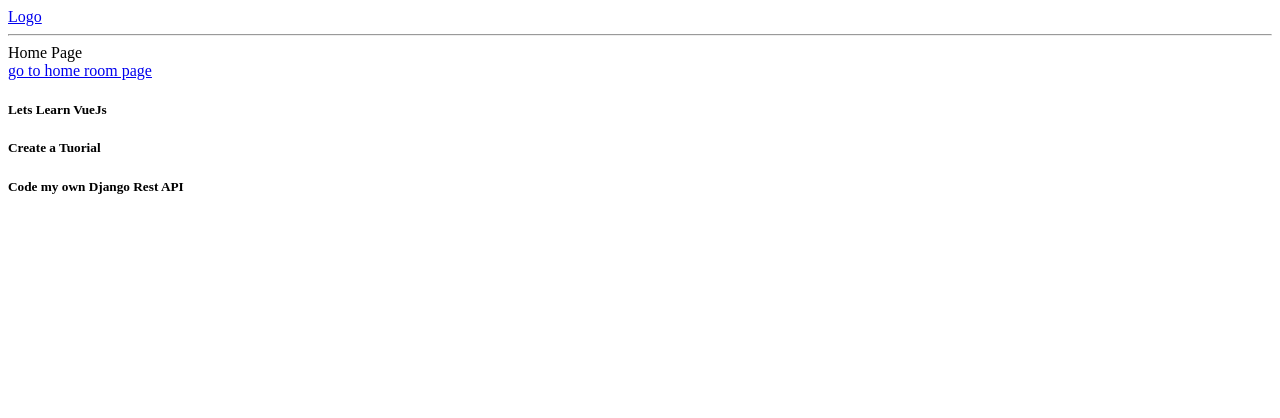
Repository: feyroozecode/studybud_django_app
Page: http://localhost/
These files come from the project's save history. The page is drawn as it stood at one moment and after the next save; the edit follows.
The browser window is 1280 px wide. The pictures show the whole page.
The page is served by the project's application, run on Django 4.2 (manage.py). Other server files are loaded and not shown.

Above is the page before, as saved 2023-09-30 19:53:23.

### templates/home.html

{% extends 'main.html' %}

{% block content %}

<div>
    Home Page
    <br />
    <a href="/room"> go to home room page </a>

    <div>
        {% for room in rooms %}
            <div>
                <h5> {{ room.name }} </h5>

            </div>

        {% endfor %}

    </div>

</div>

{% endblock content %}

### templates/main.html
<!DOCTYPE html>
<html lang="en">
<head>
    <meta charset="UTF-8">
    <meta name="viewport" content="width=device-width, initial-scale=1.0">
    <title>StudyBud</title>
</head>
<body>
    {% include 'navbar.html' %}
    {% block content %}

    {% endblock %}

</body>
</html>

### templates/navbar.html


<div>
    <a href="/"> Logo </a>

    <hr>
</div>

### base/views.py
from django.shortcuts import render
from django.http import HttpResponse


# Create your views here.
rooms = [
    { 'id': 1, 'name': 'Lets Learn VueJs' },
    { 'id': 2, 'name': 'Create a Tuorial' },
    { 'id': 3, 'name': 'Code my own Django Rest API' },
]

def home(request):
    return render(request, 'home.html', {'rooms': rooms})


def room(request):
    return render(request, 'room.html')

### studybud/urls.py
"""
URL configuration for studybud project.

The `urlpatterns` list routes URLs to views. For more information please see:
    https://docs.djangoproject.com/en/4.2/topics/http/urls/
Examples:
Function views
    1. Add an import:  from my_app import views
    2. Add a URL to urlpatterns:  path('', views.home, name='home')
Class-based views
    1. Add an import:  from other_app.views import Home
    2. Add a URL to urlpatterns:  path('', Home.as_view(), name='home')
Including another URLconf
    1. Import the include() function: from django.urls import include, path
    2. Add a URL to urlpatterns:  path('blog/', include('blog.urls'))
"""
from django.contrib import admin
from django.urls import path, include

BASE_APP_URL = 'base.urls'

urlpatterns = [
    path("admin/", admin.site.urls),
    path('', include(BASE_APP_URL))
]

### base/urls.py
from django.urls import path
from . import views

urlpatterns = [
    path('', views.home),
    path('room/', views.room, name="room")
]

After the next save:
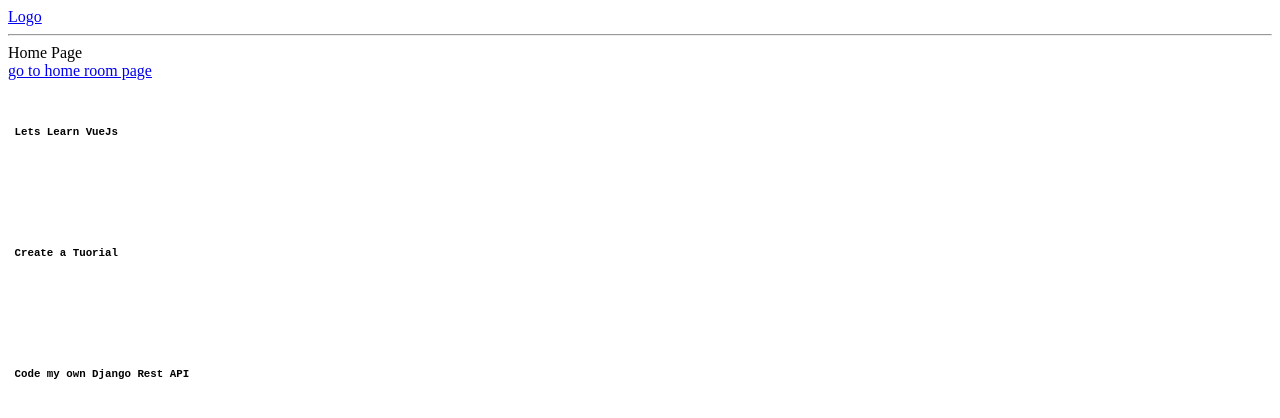
Saved 10 s later.
--- a/templates/home.html
+++ b/templates/home.html
@@ -11,7 +11,7 @@
     <div>
         {% for room in rooms %}
             <div>
-                <h5> {{ room.name }} </h5>
+               <pre> <h5> {{ room.name }} </h5>
 
             </div>
 
